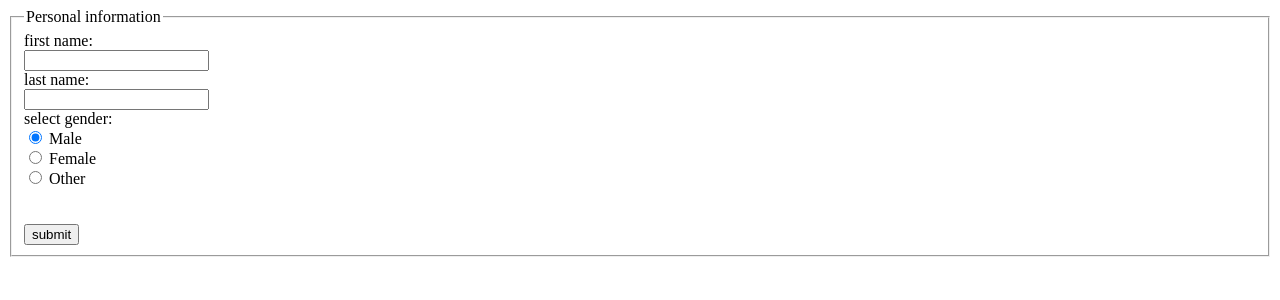
Repository: dhanush199/ServletProject
Page: LoginRegistrationApp/WebContent/index.html
These files come from the project's save history. The page is drawn as it stood at one moment and after the next save; the edit follows.
The browser window is 1280 px wide. The pictures show the whole page.

Above is the page before, as saved 2019-01-22 06:42:14.

After the next save:
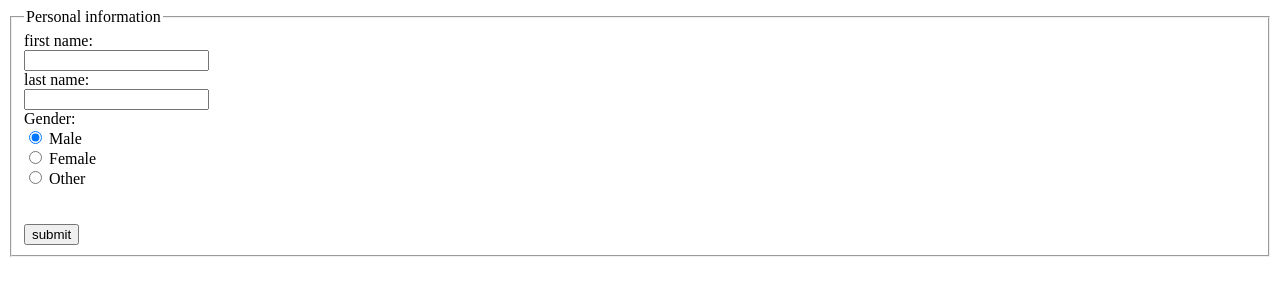
Saved 8 s later.
--- a/LoginRegistrationApp/WebContent/index.html
+++ b/LoginRegistrationApp/WebContent/index.html
@@ -12,7 +12,7 @@ first name:<br>
 <input type:"text" name="First Name"><br>
 last name:<br>
 <input type:"text" name="Last Name"><br>
-select gender:<br>
+Gender:<br>
 <input type="radio" name="gender" value="male" checked> Male<br>
 <input type="radio" name="gender" value="female"> Female<br>
 <input type="radio" name="gender" value="other"> Other<br><br><br>
